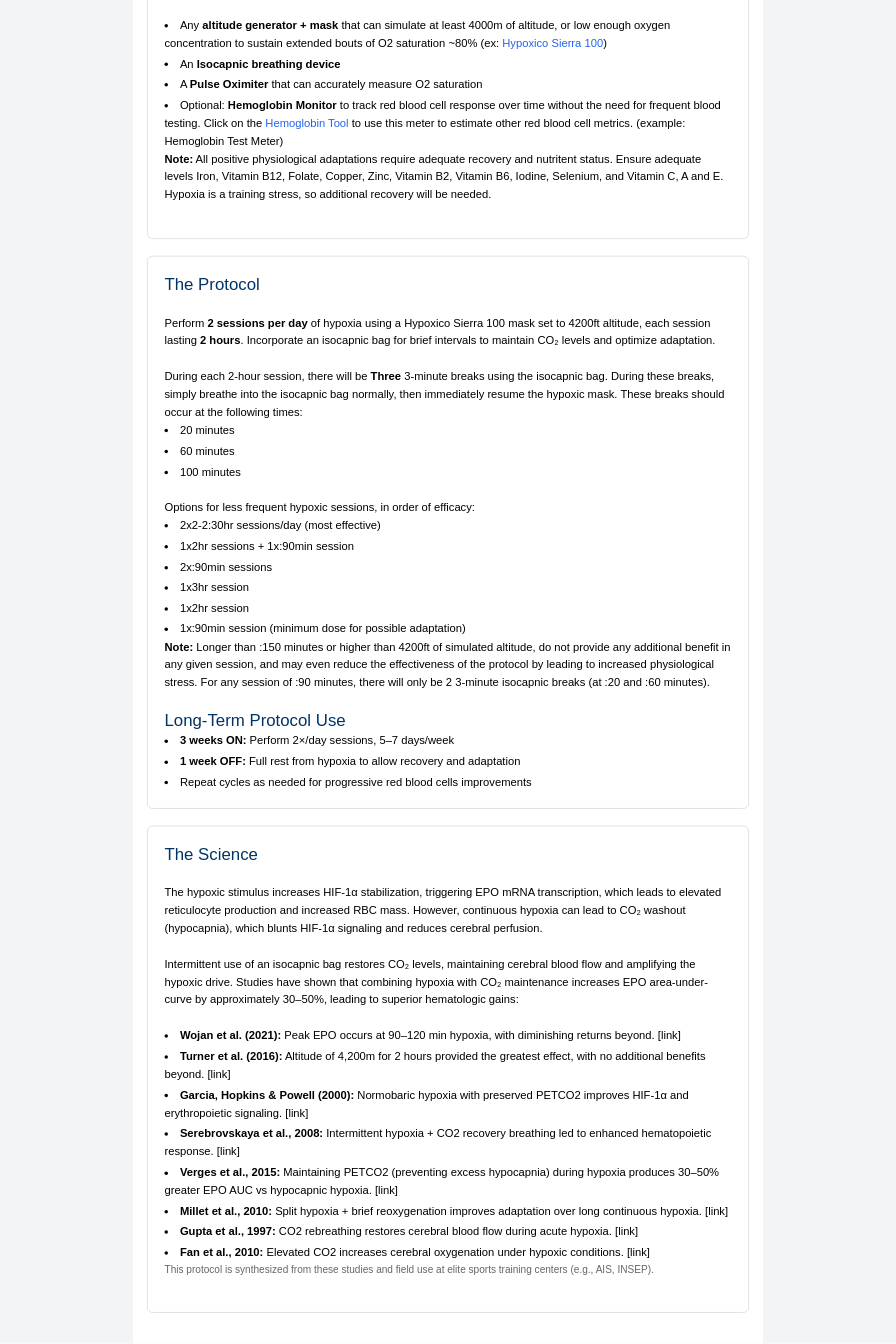
Repository: austenhughes1/hemoglobin_rbc_metrics
Page: hypoxia_protocol.html
These files come from the project's save history. The page is drawn as it stood at one moment and after the next save; the edit follows.
The browser window is 1280 px wide. The pictures show the part of the page from y = 928 to 2848 px (the page is 2848 px tall before and 2844 px after), at 70% of full size.
Some web libraries are served in a nearby version.

Above is the page before, as saved 2025-06-26 15:50:23.

After the next save:
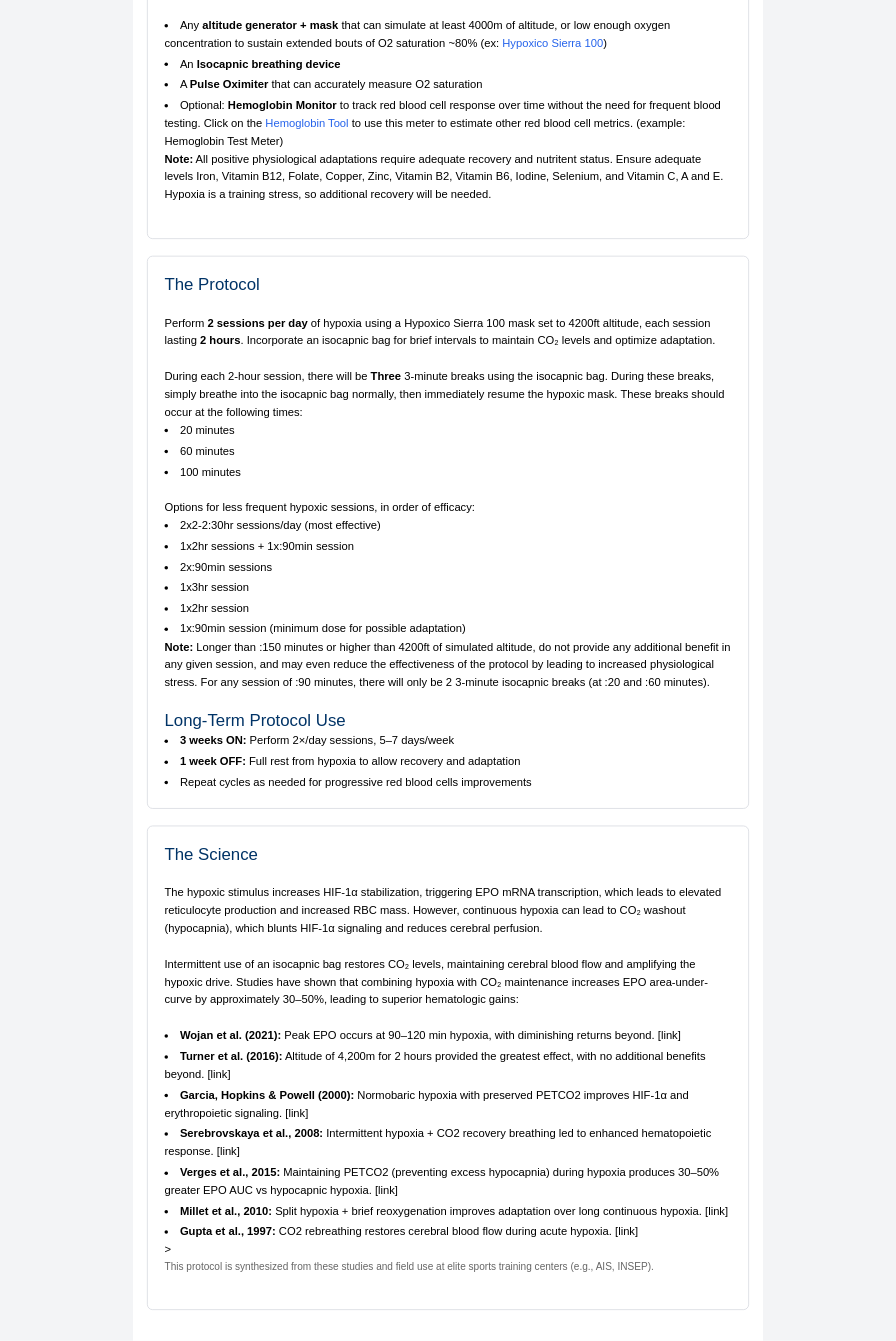
Saved 2 min 20 s later.
--- a/hypoxia_protocol.html
+++ b/hypoxia_protocol.html
@@ -142,10 +142,9 @@
             <li><strong>Garcia, Hopkins & Powell (2000):</strong> Normobaric hypoxia with preserved PETCO2 improves HIF-1α and erythropoietic signaling. [<a href="https://pubmed.ncbi.nlm.nih.gov/10996186/" target="_blank">link</a>]</li>
             <li><strong>Serebrovskaya et al., 2008:</strong> Intermittent hypoxia + CO2 recovery breathing led to enhanced hematopoietic response. [<a href="https://pmc.ncbi.nlm.nih.gov/articles/PMC3186684/" target="_blank">link</a>]</li>
             <li><strong>Verges et al., 2015:</strong> Maintaining PETCO2 (preventing excess hypocapnia) during hypoxia produces 30–50% greater EPO AUC vs hypocapnic hypoxia. [<a href="https://www.frontiersin.org/journals/pediatrics/articles/10.3389/fped.2015.00058/full" target="_blank">link</a>]</li>
-
             <li><strong>Millet et al., 2010:</strong> Split hypoxia + brief reoxygenation improves adaptation over long continuous hypoxia. [<a href="https://pubmed.ncbi.nlm.nih.gov/20020784/" target="_blank">link</a>]</li>
-            <li><strong>Gupta et al., 1997:</strong> CO2 rebreathing restores cerebral blood flow during acute hypoxia. [<a href="https://pubmed.ncbi.nlm.nih.gov/9096307/" target="_blank">link</a>]</li>
-            <li><strong>Fan et al., 2010:</strong> Elevated CO2 increases cerebral oxygenation under hypoxic conditions. [<a href="https://pubmed.ncbi.nlm.nih.gov/19828899/" target="_blank">link</a>]</li>
+            <li><strong>Gupta et al., 1997:</strong> CO2 rebreathing restores cerebral blood flow during acute hypoxia. [<a href="https://pubmed.ncbi.nlm.nih.gov/9142035/" target="_blank">link</a>]</li>
+>
         </ul>
 
         <p class="citation">
